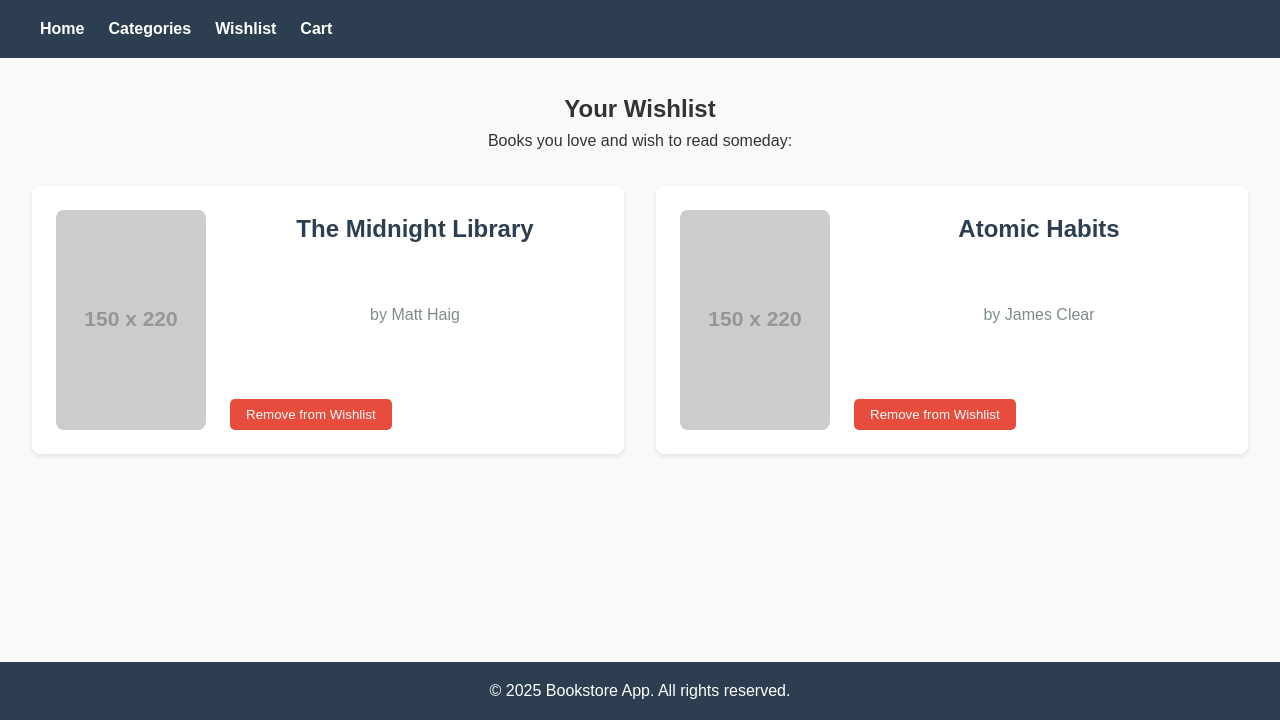
Repository: Patience225/bookstore-app
Page: wishlist.html
The author's editor kept a copy of each file at every save. The page is drawn from the files as they stood at one save, then again after a run of saves.
The browser window is 1280 px wide. The pictures show the whole page.

Above is the page before, as saved 2025-01-28 12:18:40.
Console error: TypeError: Cannot set properties of null (setting 'textContent')

After the next 3 saves:
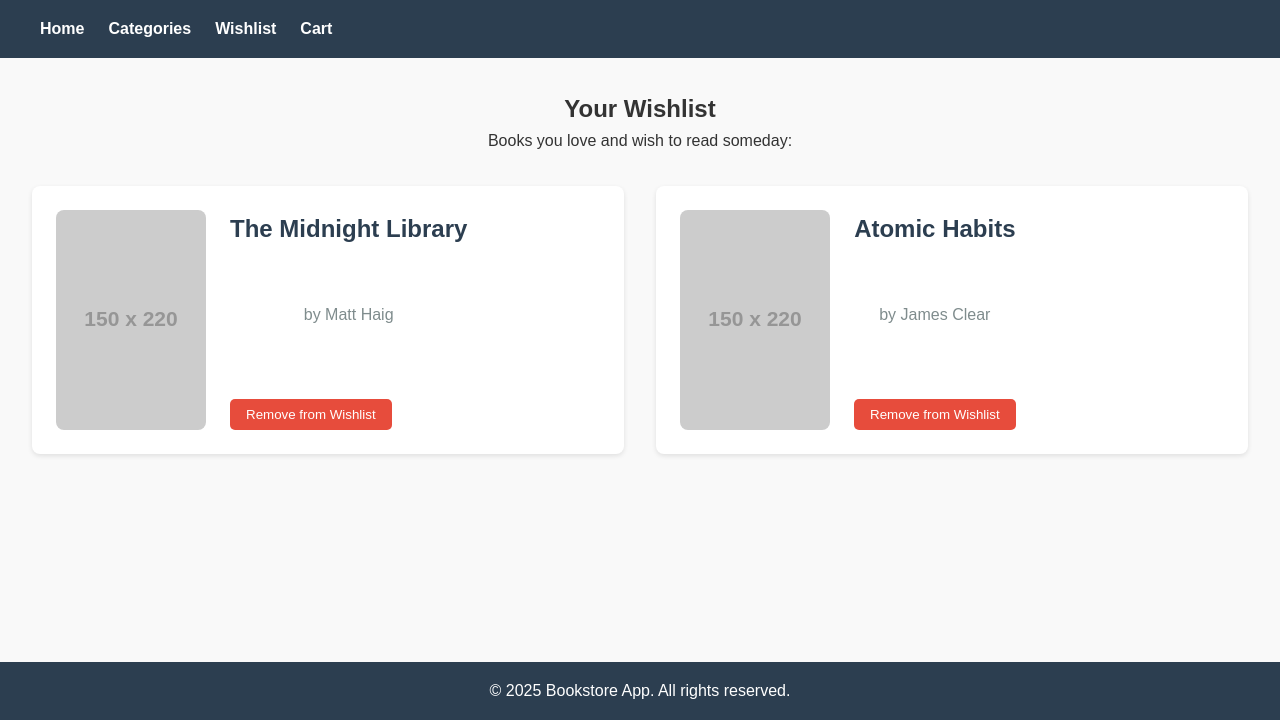
The 3 saves are shown as one change because they came seconds apart.
The last was saved 36 s later.
--- a/css/styles.css
+++ b/css/styles.css
@@ -253,13 +253,6 @@
   border-radius: 8px;
 }
 
-.book-details {
-  margin-left: 1.5rem;
-  flex-grow: 1;
-  display: flex;
-  flex-direction: column;
-}
-
 .cart-price {
   font-size: 1.2rem;
   color: #27ae60;
